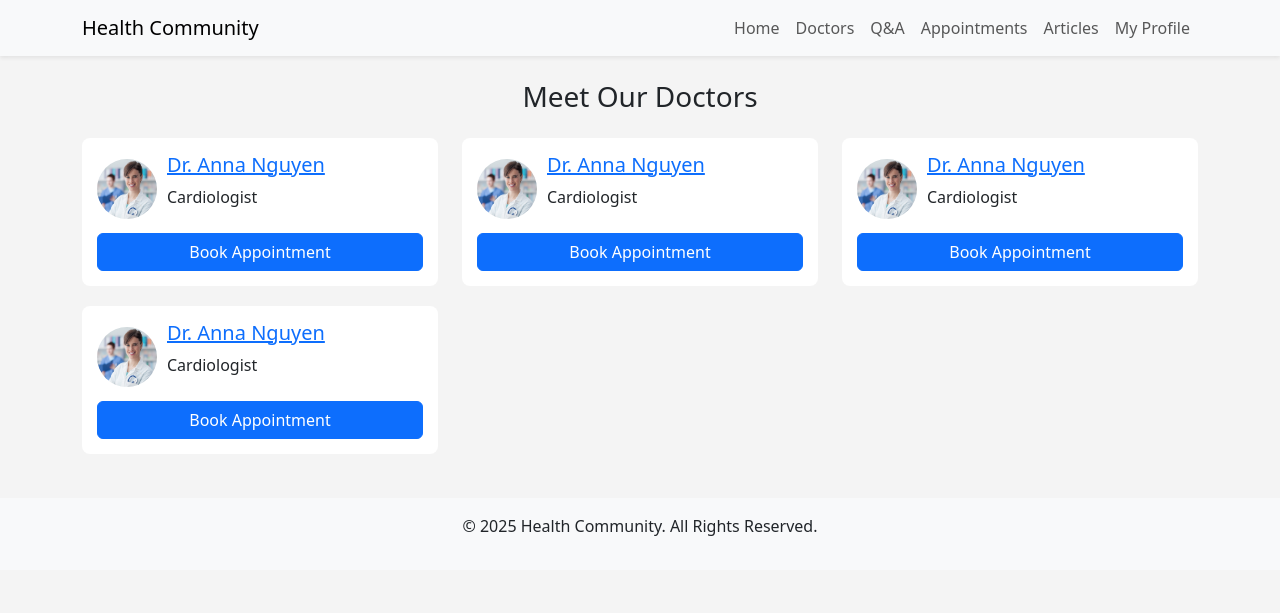
Repository: JonesKhaii/CodySocial
Page: tests/web-test/doctors.html
An editor plug-in stored every save of this project. The page is shown before and after the next save, followed by the edit.
The browser window is 1280 px wide. The pictures show the whole page.

Above is the page before, as saved 2025-02-10 02:53:34.

After the next save:
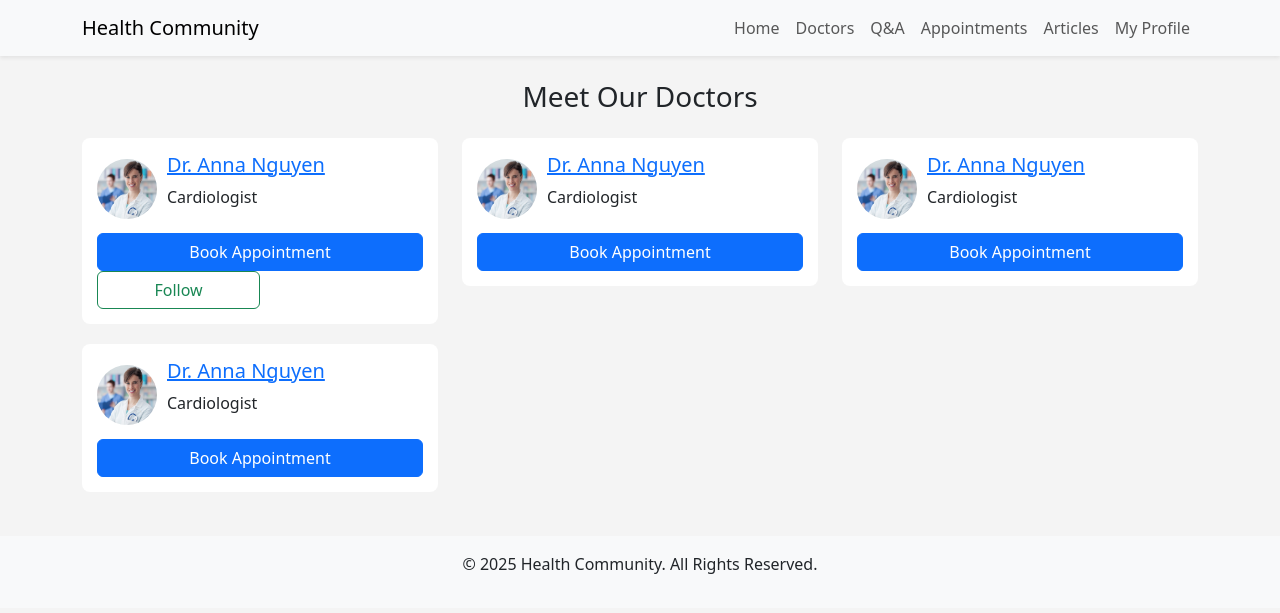
Saved 7 min 32 s later.
--- a/tests/web-test/doctors.html
+++ b/tests/web-test/doctors.html
@@ -89,6 +89,12 @@
                         <button class="btn btn-primary w-100 mt-2">
                             Book Appointment
                         </button>
+                        <button
+                            class="btn btn-outline-success w-50 follow-btn"
+                            data-doctor="Dr. Anna Nguyen"
+                        >
+                            Follow
+                        </button>
                     </div>
                 </div>
                 <div class="col-md-4">
